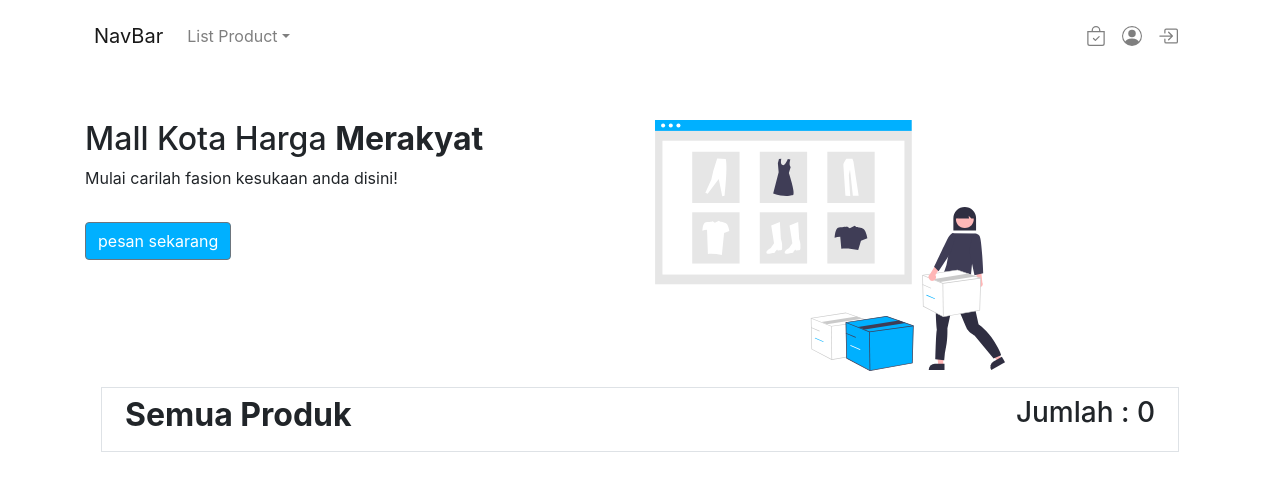
Repository: AHSANS354/ecommerce-catalog
Page: /
These files come from the project's save history. The page is drawn as it stood at one moment and after the next save; the edit follows.
The browser window is 1280 px wide. The pictures show the whole page.
The page's requests for data from a server got no answer. The project was rebuilt for these pictures with package versions that can differ from the ones it lists, and the page was loaded fresh each time. No one was signed in, and anything a server would have sent is missing. Also part of the build but not shown: vue.config.js, src/components/CardProduct.vue.

Above is the page before, as saved 2023-03-01 22:42:35.

### src/main.js
import Vue from "vue";
import App from "./App.vue";
import router from "./router";
import { BootstrapVue, IconsPlugin } from "bootstrap-vue";
// Import Bootstrap and BootstrapVue CSS files (order is important)
import "bootstrap/dist/css/bootstrap.css";
import "bootstrap-vue/dist/bootstrap-vue.css";
import "./assets/style/main.css";

// Make BootstrapVue available throughout your project
Vue.use(BootstrapVue);
// Optionally install the BootstrapVue icon components plugin
Vue.use(IconsPlugin);

Vue.config.productionTip = false;

new Vue({
  router,
  render: (h) => h(App),
}).$mount("#app");

### src/App.vue
<template>
  <div id="app">
    <router-view />
  </div>
</template>

### src/assets/style/main.css
.btn.btn-secondary {
  background-color: #00b0ff !important;
}

.card-img-top {
  height: 18rem;
}

.card {
  padding: 2rem;
}

.deskripsi {
  display: -webkit-box;
  -webkit-line-clamp: 3;
  -webkit-box-orient: vertical;
  overflow: hidden;
  text-overflow: ellipsis;
}

.title {
  display: -webkit-box;
  -webkit-line-clamp: 2;
  -webkit-box-orient: vertical;
  overflow: hidden;
  text-overflow: ellipsis;
}

### src/views/HomeView.vue
<template>
  <div class="home">
    <navbar-view />
    <div class="container mt-5">
      <div class="row">
        <div class="col-md-6">
          <h2>Mall Kota Harga <strong>Merakyat</strong></h2>
          <p>Mulai carilah fasion kesukaan anda disini!</p>

          <b-button class="mt-3"> pesan sekarang </b-button>
        </div>
        <div class="col-md-6">
          <img
            src="../assets/images/undraw_web_shopping_re_owap.svg"
            alt="foto"
            width="350"
          />
        </div>
      </div>

      <div class="row border m-3 p-2">
        <div class="col d-flex justify-content-between">
          <h2><strong>Semua Produk</strong></h2>
          <h3>
            Jumlah :
            {{ products.length }}
          </h3>
        </div>
      </div>

      <div class="row">
        <div class="col-md-4" v-for="product in products" :key="product.id">
          <card-product :product="product" />
        </div>
      </div>
    </div>
  </div>
</template>

<script>
import NavbarView from "@/components/NavbarView.vue";
import CardProduct from "@/components/CardProduct.vue";
import axios from "axios";
// @ is an alias to /src

export default {
  name: "HomeView",
  components: {
    NavbarView,
    CardProduct,
  },
  data() {
    return {
      products: [],
    };
  },
  methods: {
    setProduct(data) {
      this.products = data;
    },
  },
  mounted() {
    axios
      .get("https://fakestoreapi.com/products")
      .then((response) => this.setProduct(response.data))
      .catch((error) => console.log(error));
  },
};
</script>

### src/components/NavbarView.vue
<template>
  <div class="container p-2">
    <b-navbar toggleable="lg" type="light">
      <router-link class="navbar-brand" to="/">NavBar</router-link>

      <b-navbar-toggle target="nav-collapse"></b-navbar-toggle>

      <b-collapse id="nav-collapse" is-nav>
        <b-navbar-nav>
          <b-nav-item-dropdown text="List Product" right>
            <router-link class="dropdown-item" to="/">EN</router-link>
            <router-link class="dropdown-item" to="/">ES</router-link>
            <router-link class="dropdown-item" to="/">RU</router-link>
            <router-link class="dropdown-item" to="/">FA</router-link>
          </b-nav-item-dropdown>
        </b-navbar-nav>

        <!-- Right aligned nav items -->
        <b-navbar-nav class="ml-auto">
          <router-link to="/"
            ><b-nav-item><b-icon-bag-check></b-icon-bag-check></b-nav-item
          ></router-link>
          <router-link to="/"
            ><b-nav-item
              ><b-icon-person-circle></b-icon-person-circle></b-nav-item
          ></router-link>
          <router-link to="/"
            ><b-nav-item
              ><b-icon-box-arrow-in-right></b-icon-box-arrow-in-right></b-nav-item
          ></router-link>
        </b-navbar-nav>
      </b-collapse>
    </b-navbar>
  </div>
</template>

<script>
export default {
  name: "NavbarView",
};
</script>

<style>
</style>

Loaded but not shown: public/index.html (common file); src/router/index.js (common file)

After the next save:
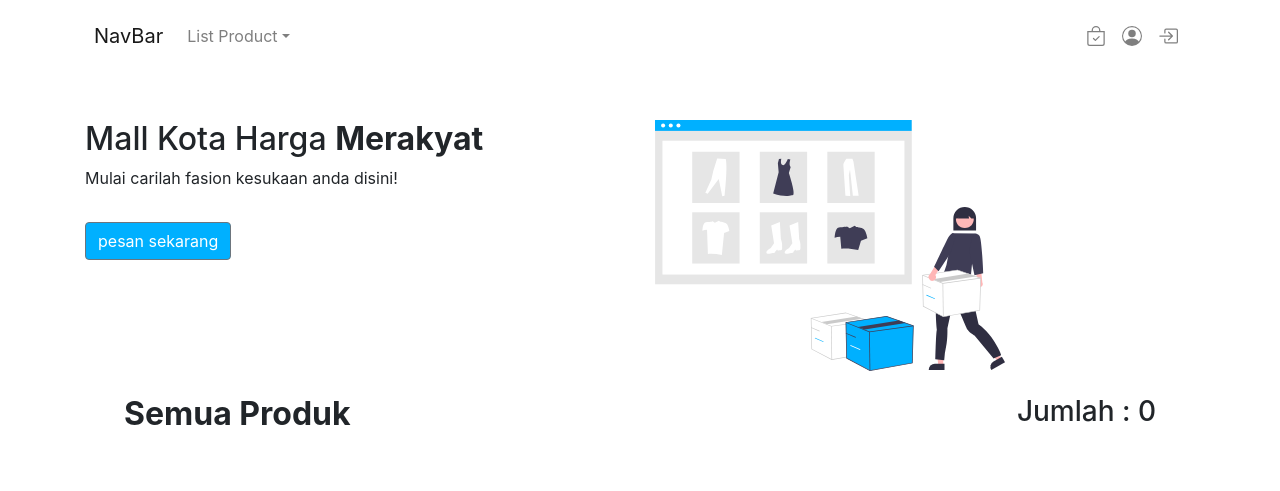
Saved 86 s later.
--- a/src/views/HomeView.vue
+++ b/src/views/HomeView.vue
@@ -18,7 +18,7 @@
         </div>
       </div>
 
-      <div class="row border m-3 p-2">
+      <div class="row m-3 p-2">
         <div class="col d-flex justify-content-between">
           <h2><strong>Semua Produk</strong></h2>
           <h3>
